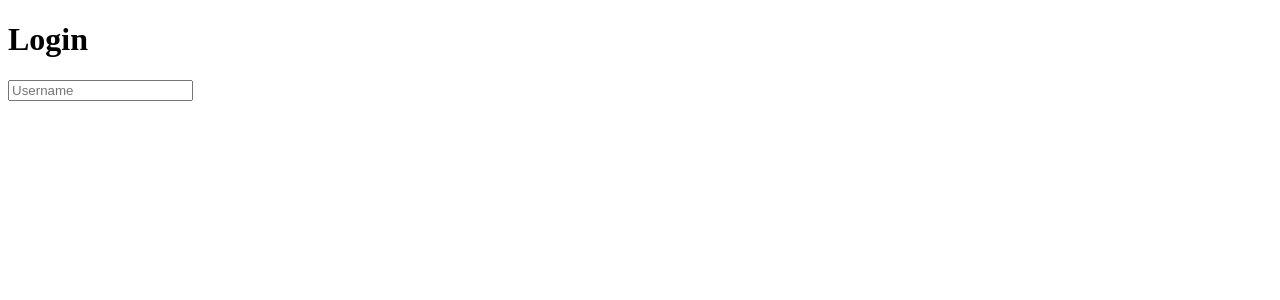
Repository: JOEL-GAYE/Animation-nav
Page: solution/login/index.html
These files come from the project's save history. The page is drawn as it stood at one moment and after the next save; the edit follows.
The browser window is 1280 px wide. The pictures show the whole page.

Above is the page before, as saved 2024-11-18 06:31:48.

After the next save:
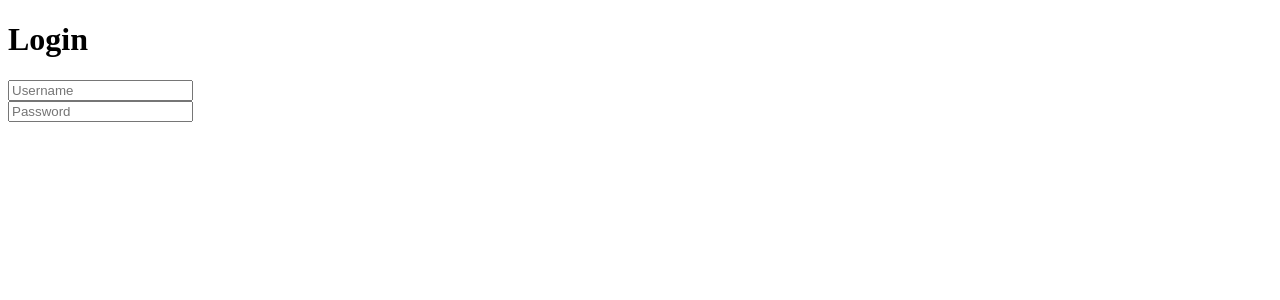
Saved 2 min 8 s later.
--- a/solution/login/index.html
+++ b/solution/login/index.html
@@ -10,8 +10,13 @@
         <h1 class="login-tittle">Login</h1>
         <section class="input-box">
             <input type="text" name="username" placeholder="Username">
-            <i class="bx bxs-user"
+            <i class="bx bxs-user"></i>
         </section>
+        <section class="input-box">
+            <input type="password" name="password" placeholder="Password">
+            <i class=" bx bxs-lock-alt"></i>
+        </section>
+
 
     </form>
 </body>
